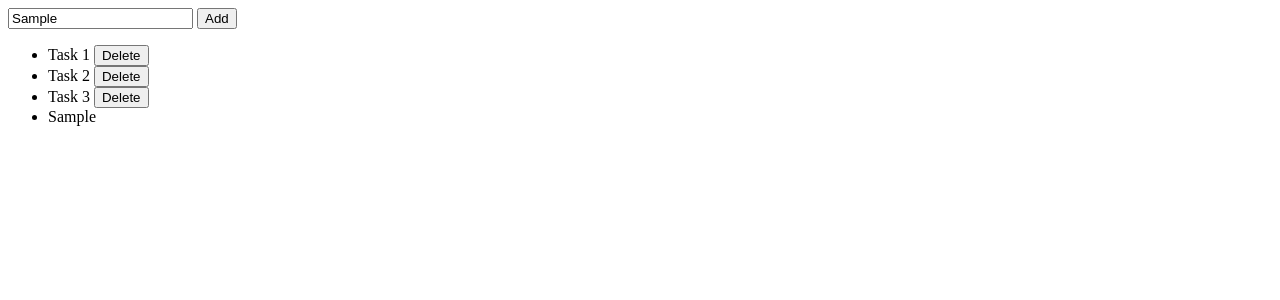
Repository: Haakim19/JavaScript
Page: Todolist/Main.html
The author's editor kept a copy of each file at every save. The page is drawn from the files as they stood at one save, then again after the next save.
The browser window is 1280 px wide. The pictures show the whole page.
Empty fields were first filled with sample values (such as "Sample", 5 or name@example.com).
After loading, the first visible `button` was clicked once.

Above is the page before, as saved 2024-10-21 14:22:37.

After the next save:
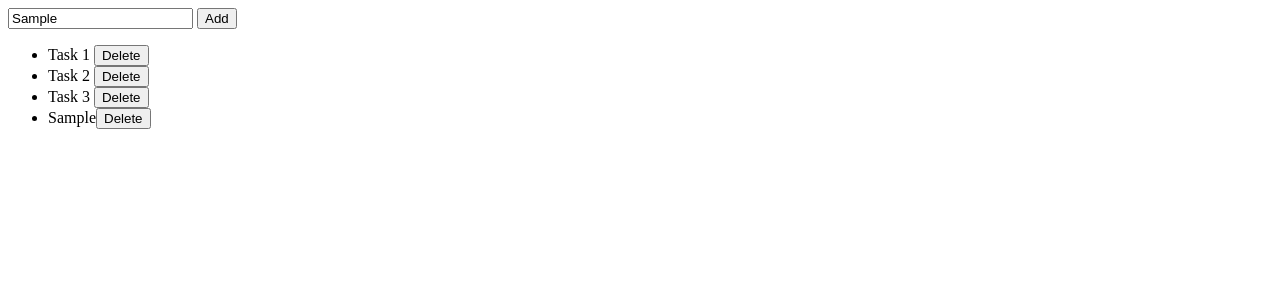
Saved 27 s later.
--- a/Todolist/Main.html
+++ b/Todolist/Main.html
@@ -24,7 +24,7 @@
         var input = document.getElementById('inputItem');
         function addTask(){
             var listItem = document.createElement('li');
-            listItem.textContent = input.value;
+            listItem.innerHTML = input.value + "<button onclick='deleteTask()'>Delete</button>";
             ul.append(listItem);
         }
         function deleteTask(){
